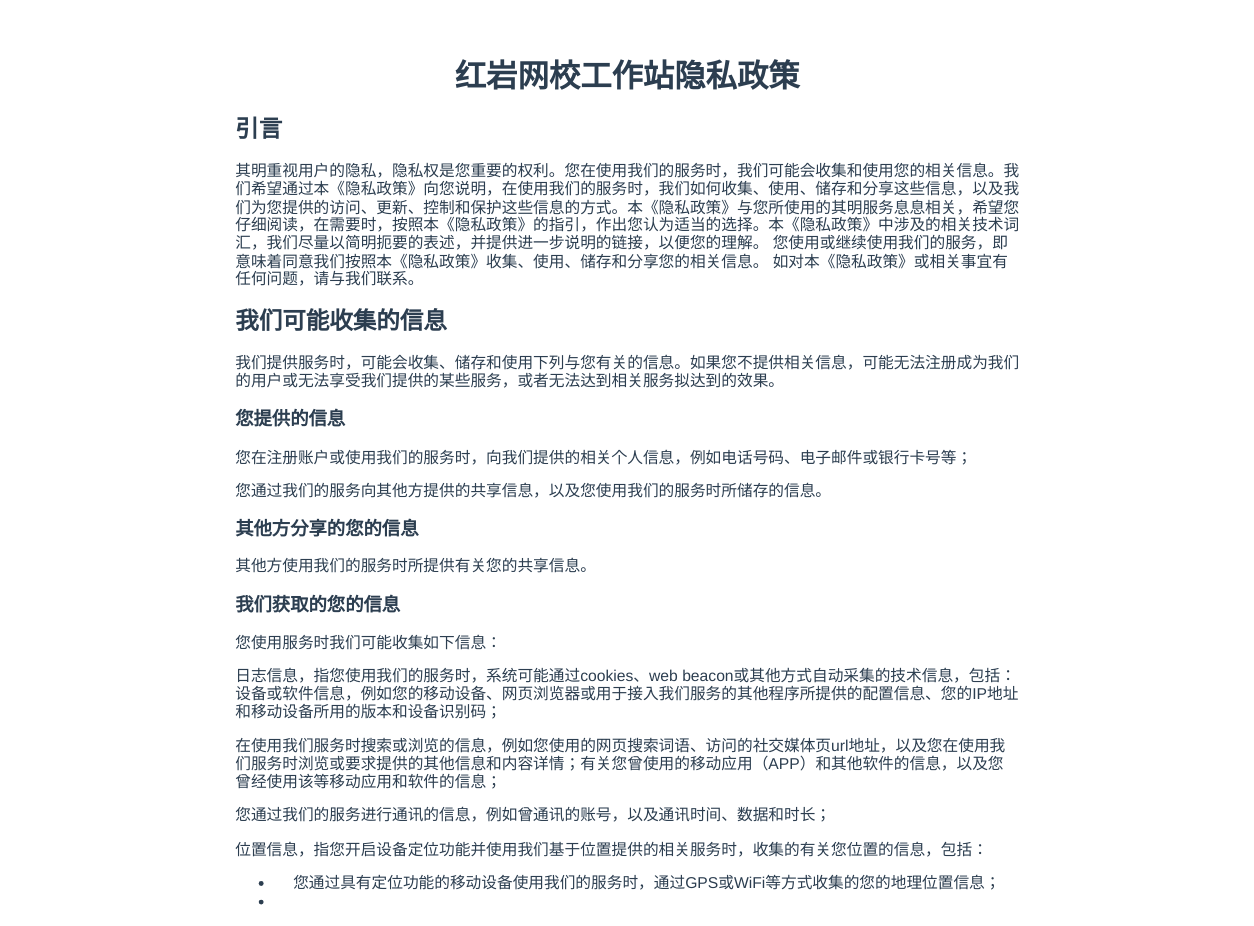
Repository: zl-mdc/privacy-policy
Page: /
The author's editor kept a copy of each file at every save. The page is drawn from the files as they stood at one save, then again after the next save.
The browser window is 1280 px wide. The pictures show the whole page, at 98% of full size.
The project was rebuilt for these pictures with package versions that can differ from the ones it lists, and the page was loaded fresh each time.

Above is the page before, as saved 2020-09-17 15:38:42.

After the next save:
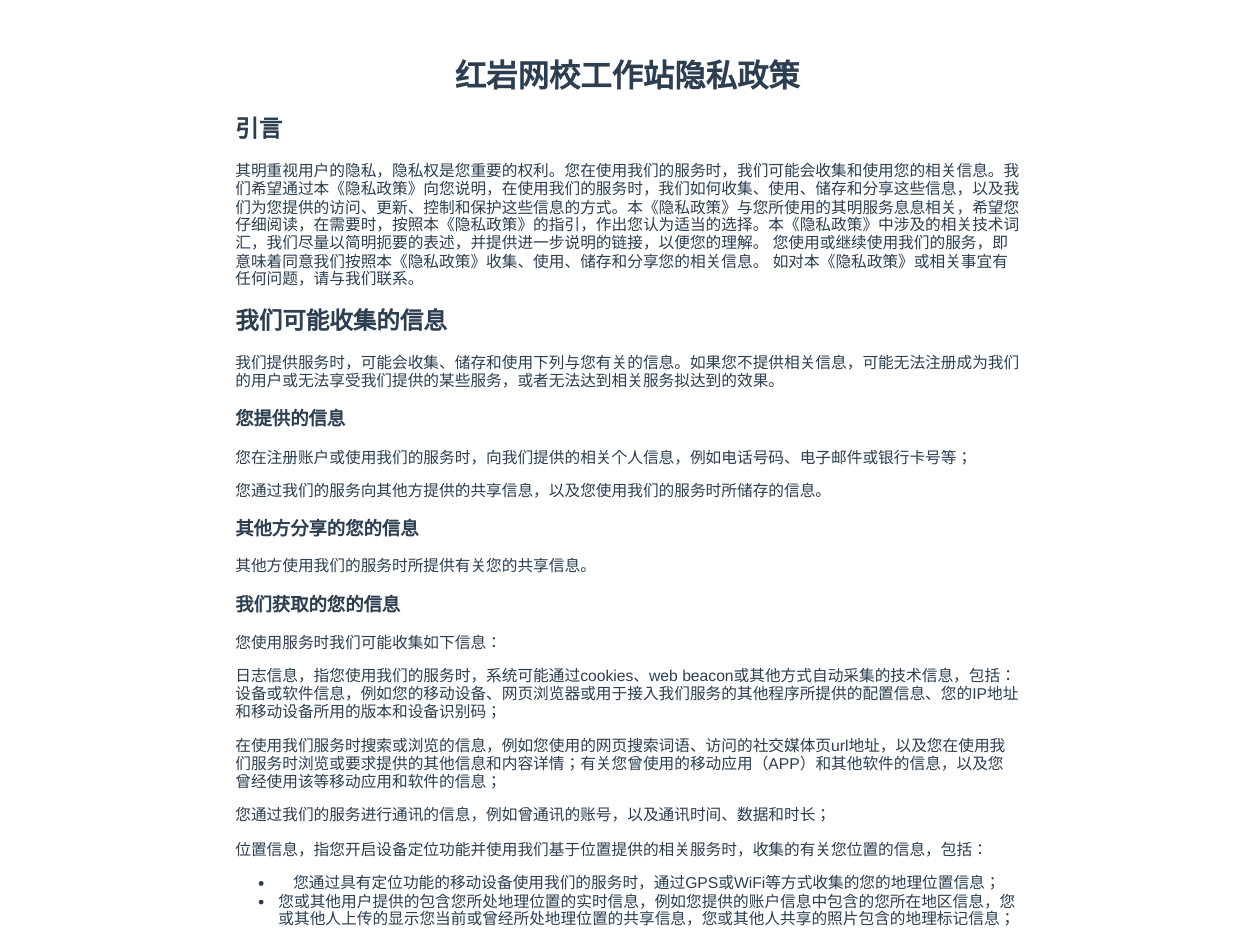
Saved 10 s later.
--- a/src/components/Info.vue
+++ b/src/components/Info.vue
@@ -1,7 +1,7 @@
 <!--
  * @Author: Code_Master
  * @Date: 2020-09-17 15:00:51
- * @LastEditTime: 2020-09-17 15:38:42
+ * @LastEditTime: 2020-09-17 15:38:52
  * @LastEditors: Code_Master
  * @FilePath: /privacy-policy/src/components/Info.vue
  * @Description: The first 90% of the code accounts for the first 90% of the development time. The remaining 10% of the code accounts for the other 90% of the development time.
@@ -28,7 +28,7 @@
           <p>位置信息，指您开启设备定位功能并使用我们基于位置提供的相关服务时，收集的有关您位置的信息，包括：</p>
           <ul>
               <li>您通过具有定位功能的移动设备使用我们的服务时，通过GPS或WiFi等方式收集的您的地理位置信息；</li>
-              <li></li>
+              <li>您或其他用户提供的包含您所处地理位置的实时信息，例如您提供的账户信息中包含的您所在地区信息，您或其他人上传的显示您当前或曾经所处地理位置的共享信息，您或其他人共享的照片包含的地理标记信息；</li>
           </ul>
     </div>
 </template>
